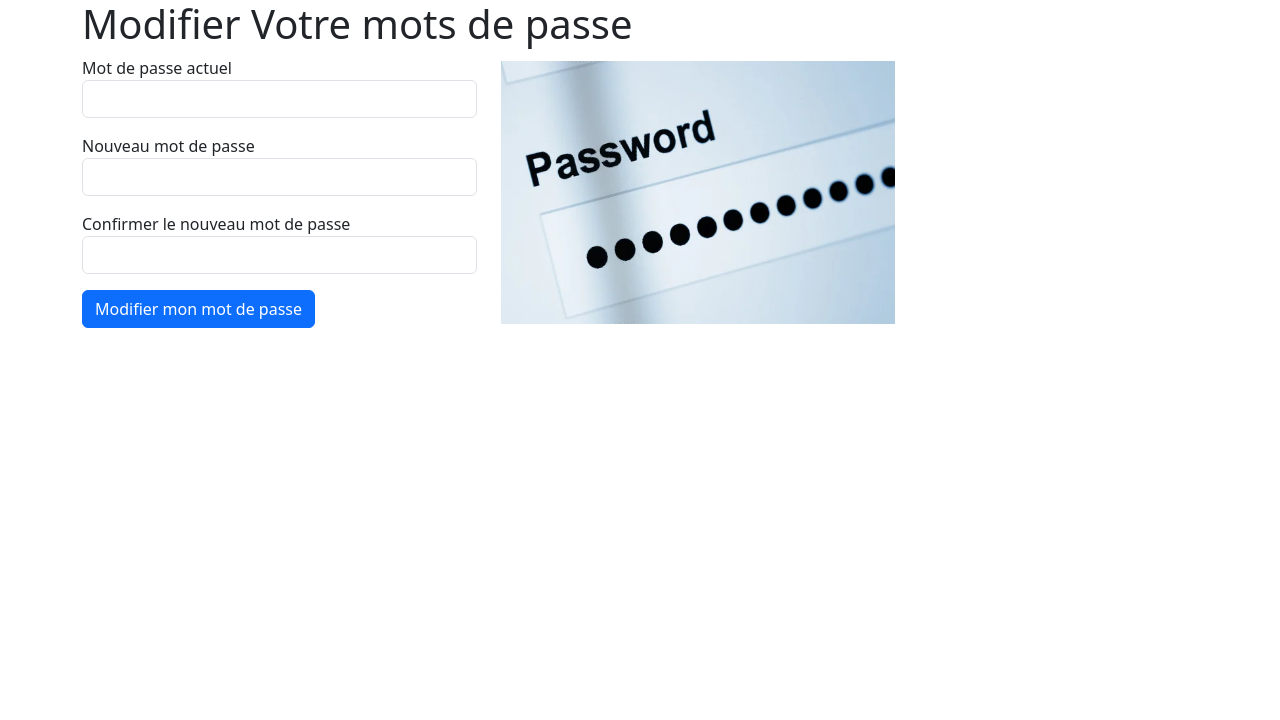
Repository: khadyba/GestionEtablissementScolaire
Page: resources/views/Professeurs/updatePassword.blade.php
These files come from the project's save history. The page is drawn as it stood at one moment and after a run of saves; the edit follows.
The browser window is 1280 px wide. The pictures show the whole page.
The page is served by the project's Laravel application, run on PHP 8.4 with Laravel 9. The template is opened directly, without the code that normally fills it, so the values that code supplies are empty.

Above is the page before, as saved 2024-11-13 11:04:11.

After the next 2 saves:
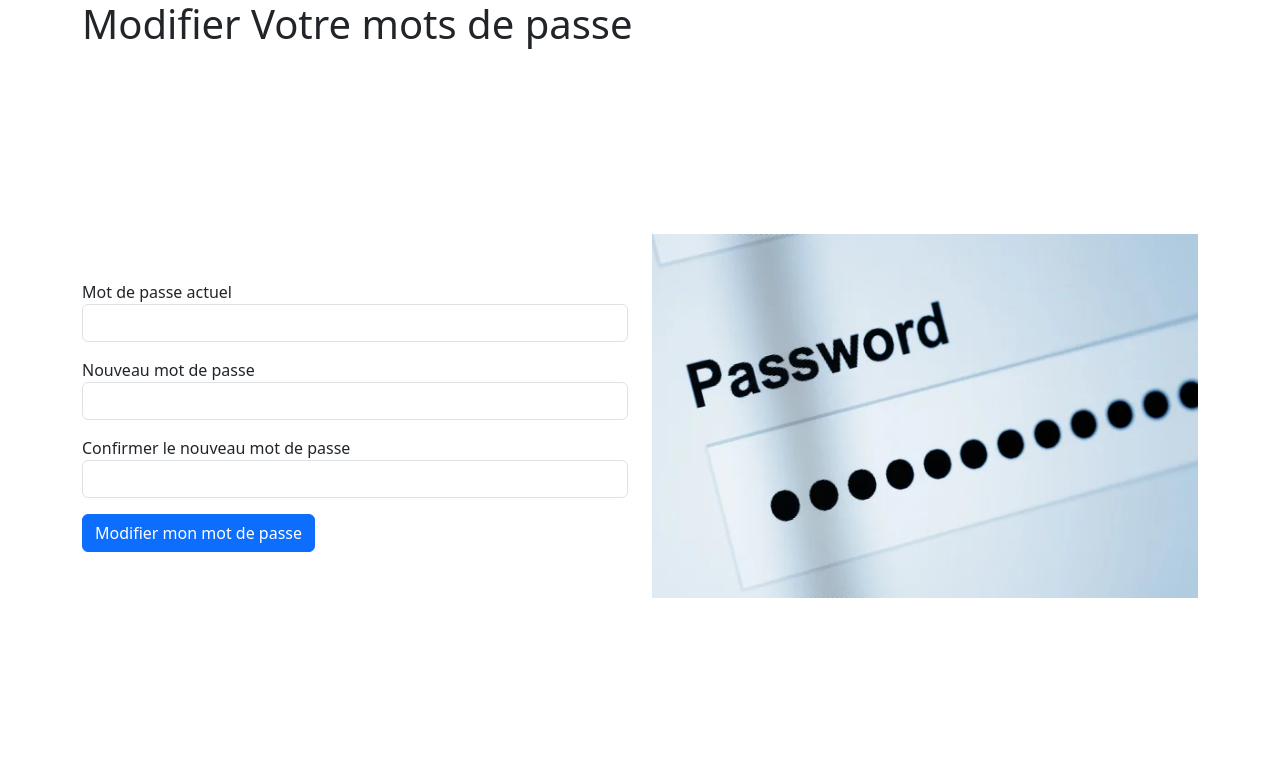
The 2 saves are shown as one change because they came seconds apart.
The last was saved 13 s later.
--- a/sunuEcole/resources/views/Professeurs/updatePassword.blade.php
+++ b/sunuEcole/resources/views/Professeurs/updatePassword.blade.php
@@ -14,7 +14,7 @@
 
         <h1>Modifier Votre mots de passe </h1>
 
-        <div class="row  w-75 d-flex align-items-center justify-content-center ">
+        <div class="row   d-flex align-items-center justify-content-center vh-100">
 
             <div class="col-md-6">
                 @if(session('success'))
